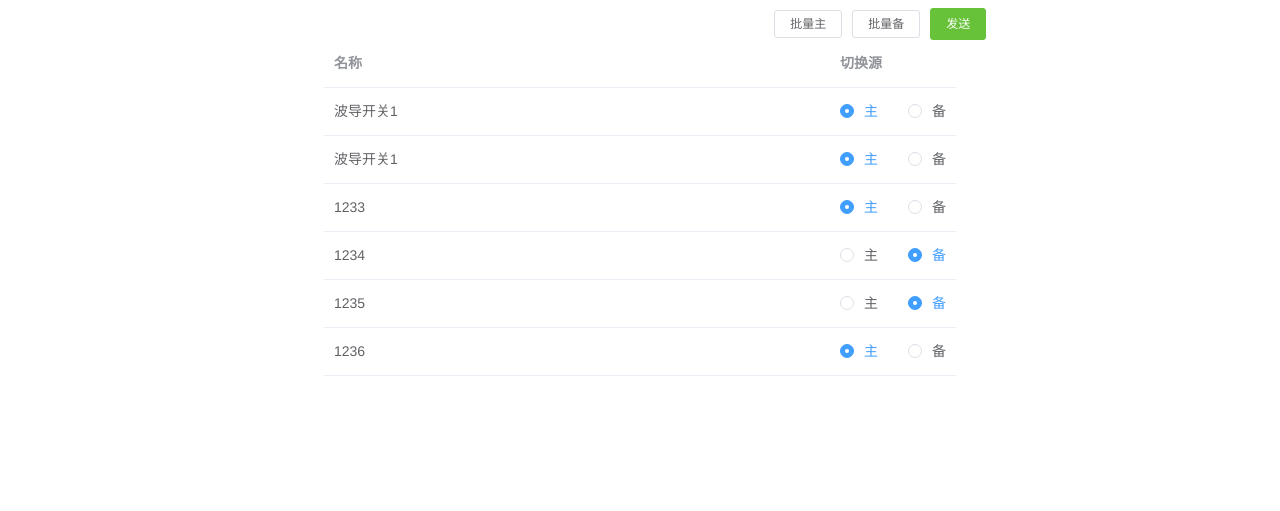
Repository: faintout/BHMQTTSendTool
Page: /
The author's editor kept a copy of each file at every save. The page is drawn from the files as they stood at one save, then again after the next save.
The browser window is 1280 px wide. The pictures show the whole page.
The project was rebuilt for these pictures with package versions that can differ from the ones it lists, and the page was loaded fresh each time. Also part of the build but not shown: vue.config.js. Imported but missing from the stored project, and not drawn on this page: src/views/About.vue.

Above is the page before, as saved 2020-08-26 14:58:28.

After the next save:
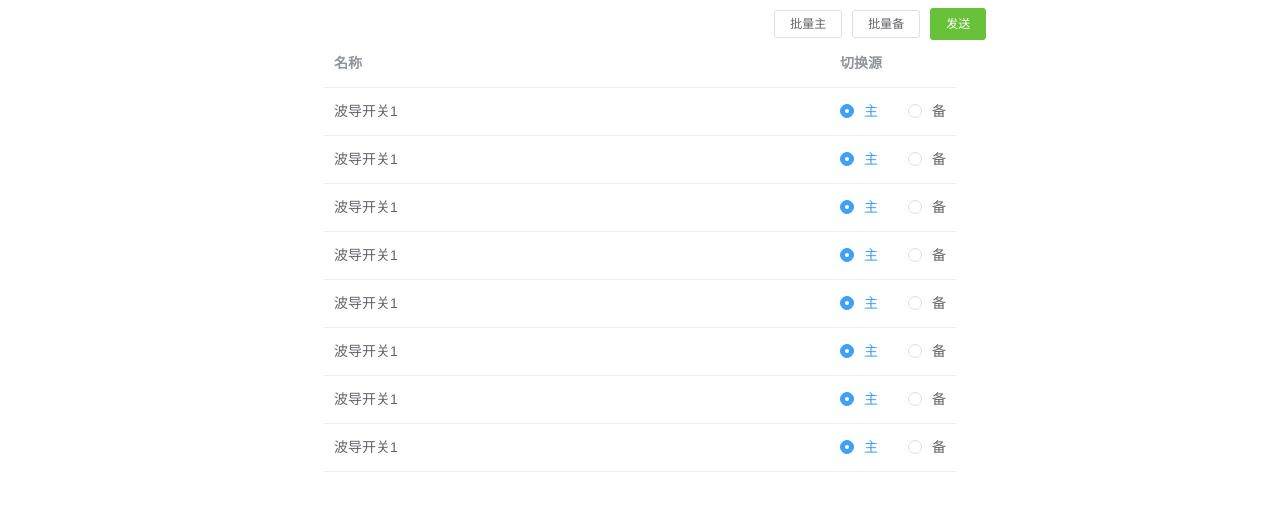
Saved 14 s later.
--- a/src/views/Home.vue
+++ b/src/views/Home.vue
@@ -40,35 +40,54 @@
                         savleData: ""
                     },
                     {
-                        id: 1,
+                        id: 2,
                         name: "波导开关1",
                         enable: 0,
                         masterData: "",
                         savleData: ""
                     },
                     {
-                        id: 3,
-                        name: '1233',
+                        id: 2,
+                        name: "波导开关1",
                         enable: 0,
-                        data: '333'
+                        masterData: "",
+                        savleData: ""
                     },
                     {
-                        id: 4,
-                        name: '1234',
-                        enable: 1,
-                        data: '333'
+                        id: 2,
+                        name: "波导开关1",
+                        enable: 0,
+                        masterData: "",
+                        savleData: ""
                     },
                     {
-                        id: 5,
-                        name: '1235',
-                        enable: 1,
-                        data: '333'
-                    }, {
-                        id: 6,
-                        name: '1236',
+                        id: 2,
+                        name: "波导开关1",
                         enable: 0,
-                        data: '333'
-                    }
+                        masterData: "",
+                        savleData: ""
+                    },
+                    {
+                        id: 2,
+                        name: "波导开关1",
+                        enable: 0,
+                        masterData: "",
+                        savleData: ""
+                    },
+                    {
+                        id: 2,
+                        name: "波导开关1",
+                        enable: 0,
+                        masterData: "",
+                        savleData: ""
+                    },
+                    {
+                        id: 2,
+                        name: "波导开关1",
+                        enable: 0,
+                        masterData: "",
+                        savleData: ""
+                    },
                 ]
             }
         },
